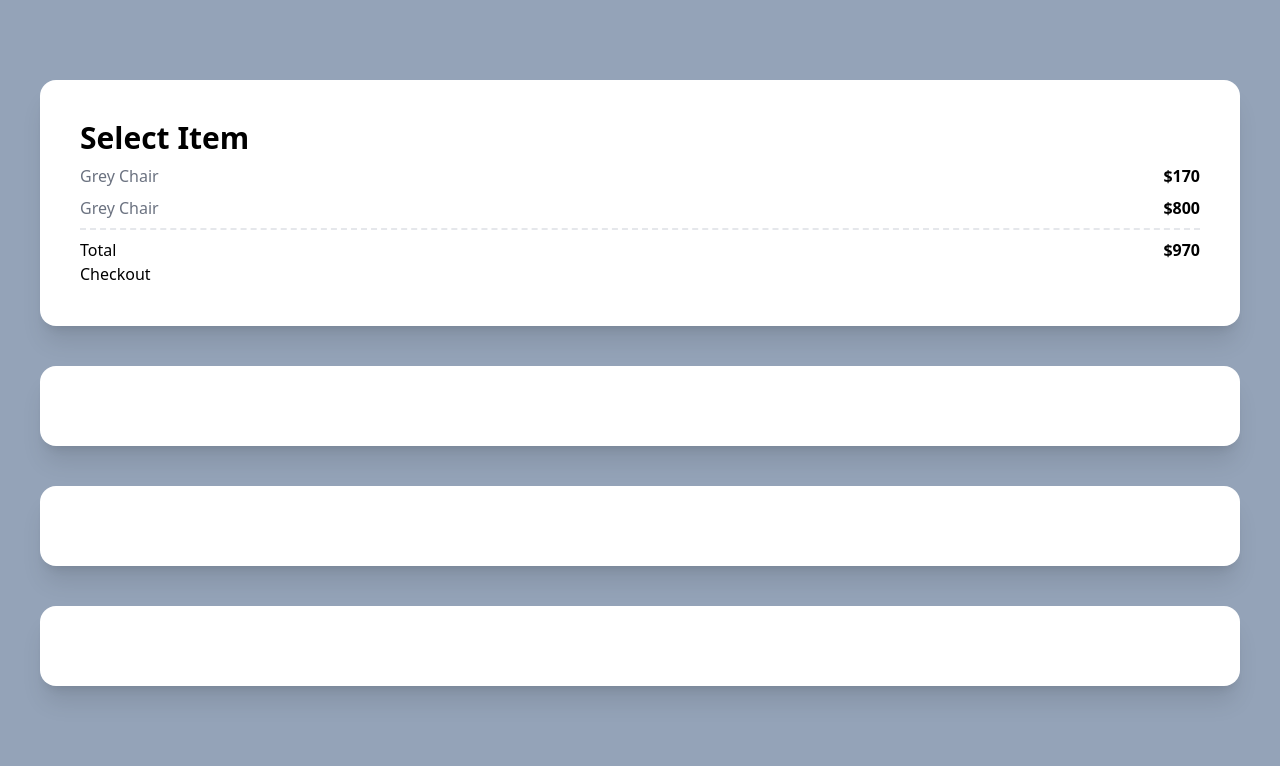
Repository: pjk0007/nextjs-carrot-marcket
Page: /
These files come from the project's save history. The page is drawn as it stood at one moment and after the next save; the edit follows.
The browser window is 1280 px wide. The pictures show the whole page.
The project was rebuilt for these pictures with package versions that can differ from the ones it lists, and the page was loaded fresh each time. The framework's server and built-in components were replaced by stand-ins that run in the browser. Also part of the build but not shown: next.config.js.

Above is the page before, as saved 2022-04-30 13:01:44.

After the next save:
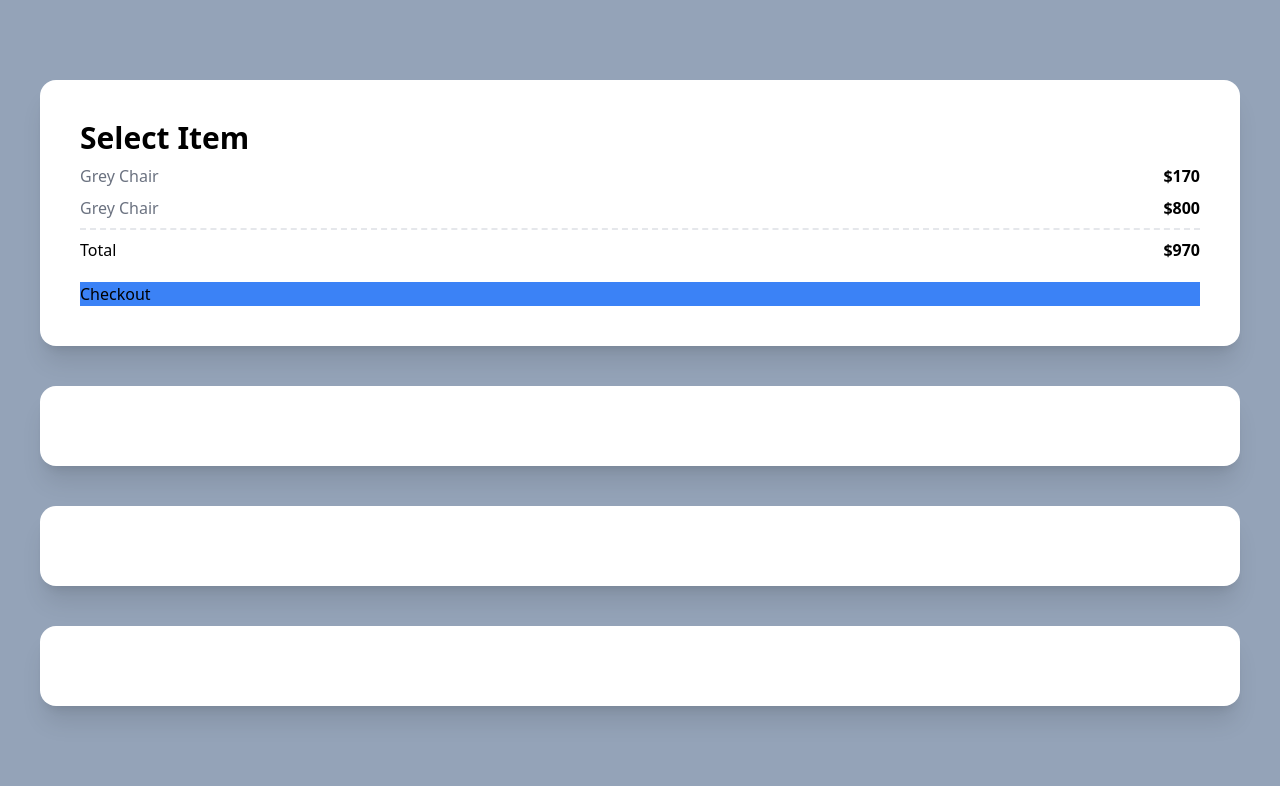
Saved 27 s later.
--- a/pages/index.tsx
+++ b/pages/index.tsx
@@ -16,7 +16,7 @@ const Home: NextPage = () => {
           <span>Total</span>
           <span className='font-semibold'>$970</span>
         </div>
-        <div>Checkout</div>
+        <div className='mt-5 bg-blue-500'>Checkout</div>
       </div>
       <div className='bg-white p-10 rounded-2xl shadow-xl'></div>
       <div className='bg-white p-10 rounded-2xl shadow-xl'></div>
